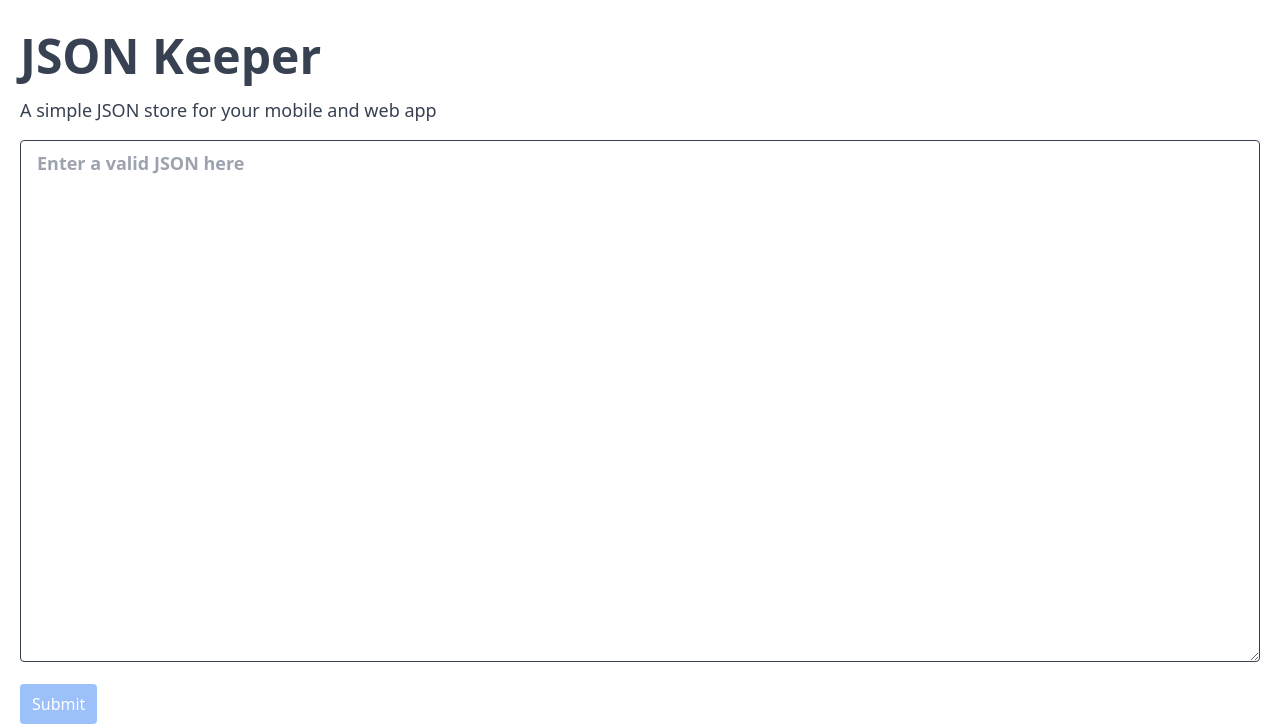
Repository: lakshithapramodya/jsonhub
Page: / (app in client/)
These files come from the project's save history. The page is drawn as it stood at one moment and after the next save; the edit follows.
The browser window is 1280 px wide. The pictures show the whole page.
The page's requests for data from a server got no answer. The project was rebuilt for these pictures with package versions that can differ from the ones it lists, and the page was loaded fresh each time. No one was signed in, and anything a server would have sent is missing. Also part of the build but not shown: client/src/HandleJsonData.js.

Above is the page before, as saved 2023-05-10 12:31:26.

After the next save:
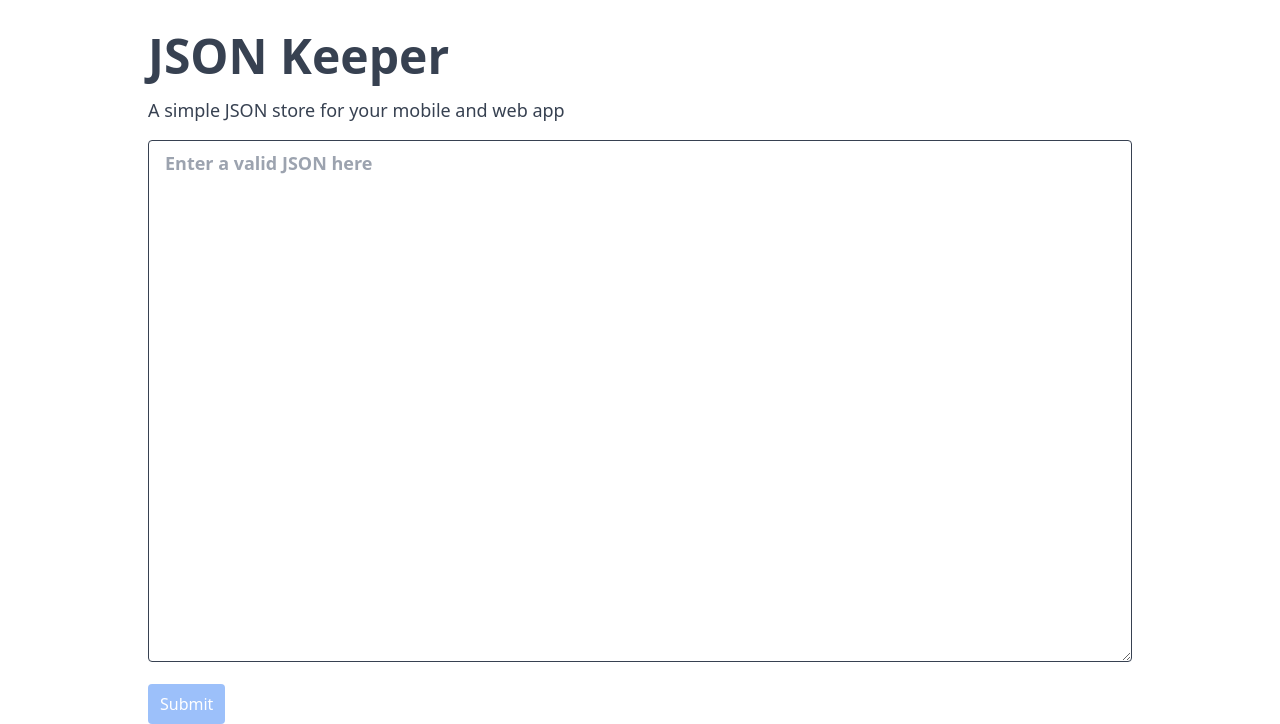
Saved 33 s later.
--- a/client/src/App.js
+++ b/client/src/App.js
@@ -40,7 +40,7 @@ function App() {
       {url && (
         <a href={`${SERVER_ENDPOINT}/${url}`}>{`${SERVER_ENDPOINT}/${url}`}</a>
       )}
-      <div className="flex flex-col mx-auto mt-8 w-full sm:w-[80] md: items-center justify-center">
+      <div className="flex flex-col mx-auto mt-8 w-full sm:w-[80%] md: items-center justify-center">
         <form onSubmit={handleSubmit} className="w-full space-y-4 px-5">
           <h1 className="text-5xl font-semibold text-gray-700">JSON Keeper</h1>
           <p className="text-gray-700 text-lg">
